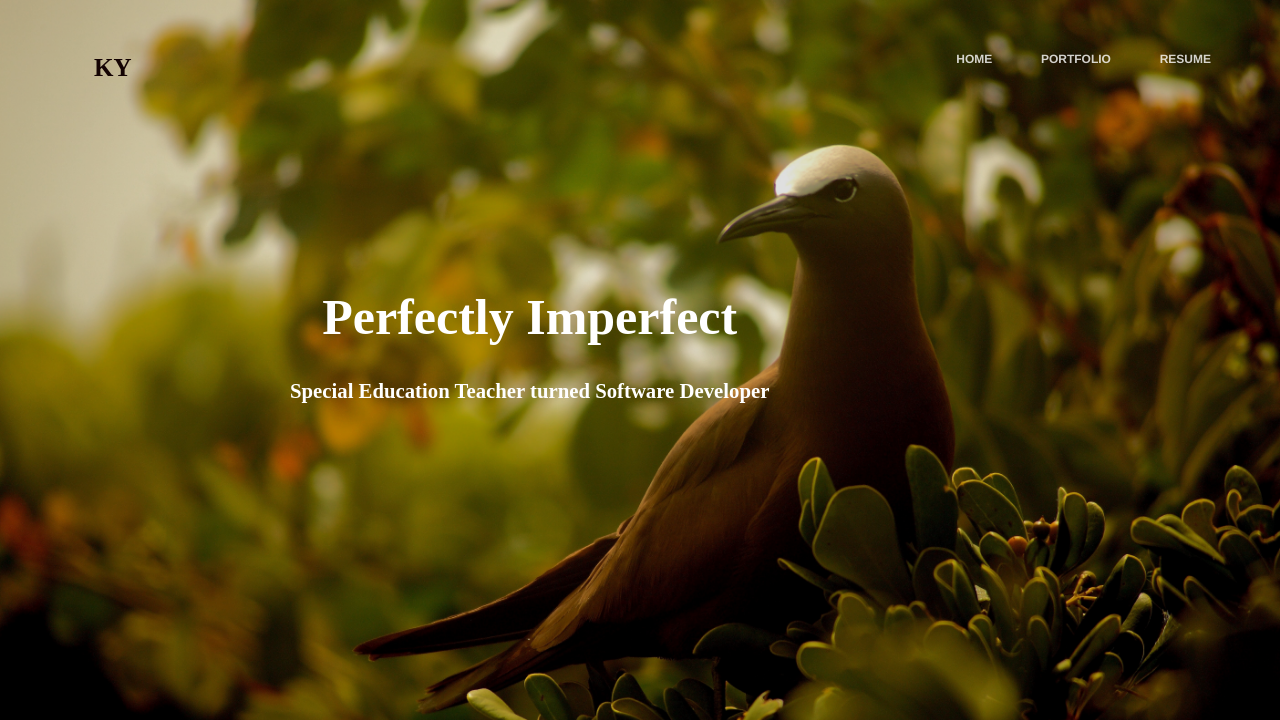
Repository: kkyler24/Perfectly-Imperfect
Page: / (app in imperfect/)
These files come from the project's save history. The page is drawn as it stood at one moment and after the next save; the edit follows.
The browser window is 1280 px wide. The pictures show the whole page.
Some web fonts or font styles are not loaded; a fallback is used. The project was rebuilt for these pictures with package versions that can differ from the ones it lists, and the page was loaded fresh each time.

Above is the page before, as saved 2020-07-23 20:37:04.

### imperfect/public/index.html
<!DOCTYPE html>
<html lang="en">
  <head>
    <meta charset="utf-8" />
    <link rel="icon" href="%PUBLIC_URL%/favicon.ico" />
    <meta name="viewport" content="width=device-width, initial-scale=1" />
    <meta name="theme-color" content="#000000" />
    <meta
      name="description"
      content="Web site created using create-react-app"
    />
    <link rel="apple-touch-icon" href="%PUBLIC_URL%/logo192.png" />

    <link rel="manifest" href="%PUBLIC_URL%/manifest.json" />

    <link
      href="https://fonts.googleapis.com/css2?family=Petit+Formal+Script&display=swap"
      rel="stylesheet"
    />

    <title>React App</title>
  </head>
  <body>
    <noscript>You need to enable JavaScript to run this app.</noscript>
    <div id="root"></div>
  </body>
</html>

### imperfect/src/App.js
import React from "react";
import logo from "./logo.svg";
import "./App.css";
import Nav from "./Components/navbarComponent/navbar.js";
import PGHeader from "./Components/Headerindex/header.js";

function App() {
  return (
    <div className="App">
      <Nav />
      <PGHeader />
    </div>
  );
}

export default App;

### imperfect/src/App.css
body {
  color: #66615b;
  font-size: 16px;
  font-weight: 300;
  font-family: Montserrat, Helvetica, Arial, sans-serif;
  box-sizing: border-box;
  display: block;
}

.App-header {
  background-color: #282c34;
  min-height: 100vh;
  display: flex;
  flex-direction: column;
  align-items: center;
  justify-content: center;
  font-size: calc(10px + 2vmin);
  color: white;
}

.App-link {
  color: #61dafb;
}

@keyframes App-logo-spin {
  from {
    transform: rotate(0deg);
  }
  to {
    transform: rotate(360deg);
  }
}

### imperfect/src/Components/navbarComponent/navbar.js
import React from "react";
import "./navbar.css";

function NavBar() {
  return (
    <div>
      <nav
        color-on-scroll="300"
        class="fixed-top navbar-transparent navbar navbar-expand-lg"
      >
        <div class="container-fluid">
          <div class="navbar-translate">
            <a
              id="Kytitle"
              data-placement="bottom"
              target="_blank"
              title="Coded by Creative Tim"
              class="navbar-brand"
              href="#/index"
            >
              Ky
            </a>
            <button aria-expanded="false" class="navbar-toggler navbar-toggler">
              <span class="navbar-toggler-bar bar1"></span>
              <span class="navbar-toggler-bar bar2"></span>
              <span class="navbar-toggler-bar bar3"></span>
            </button>
          </div>
          <div class="justify-content-end collapse navbar-collapse">
            <ul class="navbar-nav">
              <li class="nav-item">
                <a
                  data-placement="bottom"
                  href="https://www.linkedIn"
                  target="_blank"
                  title="Let's connect on LinkedIn"
                  class="nav-link"
                >
                  {/* <i class="fa fa-linkedIn"></i> */}
                </a>
              </li>
              <li class="nav-item">
                <a
                  data-placement="bottom"
                  href="https://www.linkedIn"
                  target="_blank"
                  title="Let's connect on LinkedIn"
                  class="nav-link"
                >
                  {/* <i class="fa fa-linkedIn"></i> */}
                </a>
              </li>
              <li class="nav-item">
                <a
                  data-placement="bottom"
                  href="https://twitter.com/CreativeTim?ref=creativetim"
                  target="_blank"
                  title="Follow us on Twitter"
                  class="nav-link"
                >
                  {/* <i class="fa fa-twitter"></i> */}
                  <p class="d-lg-none"></p>
                </a>
                <li class="nav-item mr-2rem">
                  <a
                    data-placement="bottom"
                    href="https://www.github.com/CreativeTimOfficial?ref=creativetim"
                    target="_blank"
                    title="Star on GitHub"
                    class="nav-link"
                  >
                    {/* <i class="fa fa-github"></i> */}
                    <p class="d-lg-none"></p>
                  </a>
                </li>
              </li>
              <li class="nav-item">
                <a class="nav-link" href="#/index">
                  <i class="nc-icon nc-layout-11"></i> Home
                </a>
              </li>
              <li class="nav-item">
                <a class="nav-link" href="#/index">
                  <i class="nc-icon nc-layout-11"></i> Portfolio
                </a>
              </li>
              <li class="nav-item">
                <a target="_blank" class="nav-link" href="#/documentation">
                  <i class="nc-icon nc-book-bookmark"></i> Resume
                </a>
              </li>

              <li class="nav-item">
                <a
                  data-placement="bottom"
                  href="https://www.github.com/CreativeTimOfficial?ref=creativetim"
                  target="_blank"
                  title="Star on GitHub"
                  class="nav-link"
                >
                  {/* <i class="fa fa-github"></i> */}
                  <p class="d-lg-none"></p>
                </a>
              </li>
            </ul>
          </div>
        </div>
      </nav>
    </div>
  );
}
export default NavBar;

### imperfect/src/Components/Headerindex/header.js
import React from "react";
import "./Indexheader.css";

function PageHeader(props) {
  return (
    <div id="background" className="page-header" data-parallax="true">
      <div className="filter"></div>
      <div className="headerContainer">
        <div className="motto text-center">
          <h1>Perfectly Imperfect</h1>
          <h5>Special Education Teacher turned Software Developer</h5>
          <br />
        </div>
      </div>
    </div>
  );
}
export default PageHeader;

### imperfect/src/Components/navbarComponent/navbar.css
/* navbar */
#Kytitle {
  font-family: "Petit Formal Script", cursive;
  font-size: 25px;
}
.navbar.navbar-transparent {
  background: transparent !important;
  padding-top: 25px;
  box-shadow: none;
}

.navbar.navbar-transparent .navbar-brand {
  color: rgb(20, 3, 3);
}

.navbar .navbar-brand {
  font-weight: 600;
  margin: 5px 0;
  padding: 20px 15px;
  font-size: 14px;
  text-transform: uppercase;
}

.navbar-nav {
  display: flex;
  flex-direction: column;
  padding-left: 0;
  margin-bottom: 0;
  list-style: none;
}
.navbar-brand {
  display: inline-block;
  padding-top: 0.3125rem;
  padding-bottom: 0.3125rem;
  margin-right: 1rem;
  font-size: 1.25rem;
  line-height: inherit;
  white-space: nowrap;
}

.navbar {
  border: 0;
  font-size: 14px;
  padding: 0;
  font-family: "Montserrat", "Helvetica", Arial, sans-serif;
  font-weight: 300;
  align-items: center;
  display: flex;
}
.navbar > .container-fluid {
  display: flex;
  flex-wrap: wrap;
  align-items: center;
  justify-content: space-between;
}

.nav-link {
  display: block;
}

.navbar-toggler {
  padding: 0.25rem 0.75rem;
  font-size: 1.25rem;
  line-height: 1;
  background-color: transparent;
  border: 1px solid transparent;
  border-radius: 0.25rem;
}
button {
  text-transform: none;
  overflow: visible;
  -webkit-font-smoothing: antialiased;
  font-family: "Montserrat", "Helvetica", Arial, sans-serif;
  font-weight: 300;
  margin: 0;
  text-rendering: auto;
  color: -internal-light-dark(buttontext, rgb(170, 170, 170));
  letter-spacing: normal;
  word-spacing: normal;
  text-indent: 0px;
  text-shadow: none;
  display: inline-block;
  text-align: center;
  align-items: flex-start;
  font: 400 13.3333px Arial;
}
.navbar .navbar-toggler .navbar-toggler-bar {
  display: block;
  position: relative;
  width: 24px;
  height: 2px;
  border-radius: 1px;
  margin: 0 auto;
}

.navbar.navbar-transparent .navbar-toggler .navbar-toggler-bar {
  background: #fff !important;
}

.navbar-transparent .navbar-nav .nav-item .nav-link:not(.btn) {
  color: #fff;
  border-color: #fff;
}

.navbar .navbar-toggler .navbar-toggler-bar + .navbar-toggler-bar {
  margin-top: 4px;
}

.navbar .navbar-nav .nav-item .nav-link {
  line-height: 1.6;
  margin: 15px 3px;
  padding: 10px 15px;
  opacity: 0.8;
  font-size: 12px;
  text-transform: uppercase;
  font-weight: 600;
}

.navbar .navbar-nav .nav-item .nav-link p {
  margin: 0;
  text-transform: uppercase;
  font-weight: 600;
  font-size: 12px;
  line-height: 1.5em;
  padding: 15px 0;
}

button:not(:disabled) {
  cursor: pointer;
}

.container-fluid {
  width: 100%;
  padding-right: 15px;
  padding-left: 15px;
  margin-right: 0%;
  margin-left: 5%;
}

.fixed-top {
  position: fixed;
  right: 0;
  left: 0;
  z-index: 1030;
  /* not needed for fixed bottom */
  top: 0;
}

a {
  text-decoration: none;
  background-color: transparent;
}

.collapse:not(.show) {
  display: none;
}

.justify-content-end,
ul {
  justify-content: flex-end !important;
}

.navbar-collapse {
  flex-basis: 100%;
  flex-grow: 1;
  align-items: center;
}

ul {
  margin-top: 0;
}

.navbar .navbar-nav .nav-item .nav-link [class^="fa"] {
  font-size: 17px;
  position: relative;
  right: 5px;
}
.fa {
  width: 18px;
  text-align: center;
}
.fa {
  display: inline-block;
  font: normal normal normal 14px/1 FontAwesome;
  text-rendering: auto;
  -webkit-font-smoothing: antialiased;
}

.nc-icon {
  display: inline-block;
  font: normal normal normal 14px/1 "nucleo-icons";
  font-size: inherit;
  text-transform: none;
  -webkit-font-smoothing: antialiased;
}

.nc-layout-11:before {
  content: "\ea36";
}

.nc-book-bookmark:before {
  content: "\ea0f";
}

.fa-github:before {
  content: "\f09b";
}

:before {
  box-sizing: border-box;
}

.navbar .navbar-collapse .nav-item .nav-link p {
  display: inline;
}

/* media Q navbar */
@media (min-width: 992px) {
  .navbar-expand-lg {
    flex-flow: row nowrap;
    justify-content: flex-start;
  }
  .navbar {
    justify-content: space-between;
  }
}
/* Li */
@media (min-width: 992px) {
  .navbar-expand-lg .navbar-nav {
    flex-direction: row;
  }
}
@media screen and (max-width: 991px) {
  .navbar-collapse ul {
    position: relative;
    z-index: 3;
    height: 95%;
  }
}

@media screen and (max-width: 991px) {
  .navbar-collapse .navbar-nav > .nav-item > .nav-link {
    color: #9a9a9a !important;
  }
}

@media screen and (max-width: 991px) {
  .navbar-collapse {
    position: fixed;
    display: block !important;
    top: 0;
    width: 230px;
    right: 0;
    z-index: 1032;
    visibility: visible;
    background-color: #999;
    overflow-y: visible;
    border-top: none;
    text-align: left;
    border-left: 1px solid #ccc5b9;
    padding-right: 0;
    padding-left: 40px;
    padding-top: 15px;
    transform: translateX(230px);
    transition: all 0.33s cubic-bezier(0.685, 0.0473, 0.346, 1);
  }
}

@media (max-width: 991.98px) {
  .navbar-expand-lg > .container-fluid {
    padding-right: 0;
    padding-left: 0;
  }
}

@media (min-width: 768px) {
  .container-fluid {
    max-width: 720px;
  }
}

@media (min-width: 992px) {
  .container-fluid {
    max-width: 100%;
  }
}

@media screen and (max-width: 991px) {
  .navbar-translate {
    width: 100%;
    position: relative;
    display: flex;
    justify-content: space-between !important;
    align-items: center;
    transform: translateX(0);
    transition: all 0.33s cubic-bezier(0.685, 0.0473, 0.346, 1);
  }
}

@media (min-width: 992px) {
  .navbar-expand-lg .navbar-toggler {
    display: none;
  }
}

@media screen and (max-width: 991px) {
  .navbar-collapse {
    height: 100% !important;
  }
}

@media (min-width: 992px) {
  .navbar-expand-lg .navbar-collapse {
    display: flex !important;
    flex-basis: auto;
  }
}
/*
@media (min-width: 576px) {
  .container-fluid {
    max-width: 540px;
  }
} */

@media (min-width: 992px) {
  .navbar-expand-lg > .container-fluid {
    flex-wrap: nowrap;
  }
}

### imperfect/src/Components/Headerindex/Indexheader.css
#background {
  background-image: url("../../Assets/imgs/brownnoodyGreatbirdisland.jpg");
  background-repeat: no-repeat;
  background-size: cover;
  height: 700px;
}

.page-header {
  background-position: 50%;
  background-size: cover;
  min-height: 100vh;
  max-height: 999px;
  overflow: hidden;
  position: relative;
  width: 100%;
  z-index: 1;
  display: flex;
  align-items: center;
  justify-content: center;
}

.page-header .filter:after {
  background-color: rgba(0, 0, 0, 0.125);
  content: "";
  display: block;
  height: 100%;
  left: 0;
  top: 0;
  position: absolute;
  width: 100%;
  z-index: 1;
}

.page-header .motto {
  z-index: 3;
  color: #fff;
  position: relative;
  width: max-content;
}

.headerContainer {
  font-family: "Petit Formal Script", cursive;
  display: inline-flex;
  width: 100%;
  /* font-weight: 200; */
  padding-right: 15px;
  padding-left: 15px;
  margin-right: auto;
  margin-left: auto;
  font-size: 50px;
  max-width: 700px !important;
}

.text-center {
  text-align: center !important;
}
div {
  display: block;
}

h1 {
  display: block;
  font-size: 2em;
  margin-block-start: 0.67em;
  margin-block-end: 0.67em;
  margin-inline-start: 0px;
  margin-inline-end: 0px;
  font-weight: bold;
}

/* media Q */
@media (min-width: 992px) {
  .headerContainer {
    max-width: 960px;
  }
}

@media (min-width: 768px) {
  .headerContainer {
    max-width: 720px;
  }
}

@media (min-width: 576px) {
  .headerContainer {
    max-width: 540px;
    font-size: 25px;
  }
}

@media (max-width: 576px) {
  .headerContainer {
    display: flex;
    flex-wrap: wrap;
    max-width: 540px !important;
    font-size: 20px;
    text-align: center;
  }
}

Loaded but not shown: imperfect/src/index.js (common file); imperfect/src/index.css (common file); imperfect/src/serviceWorker.js (common file)

After the next save:
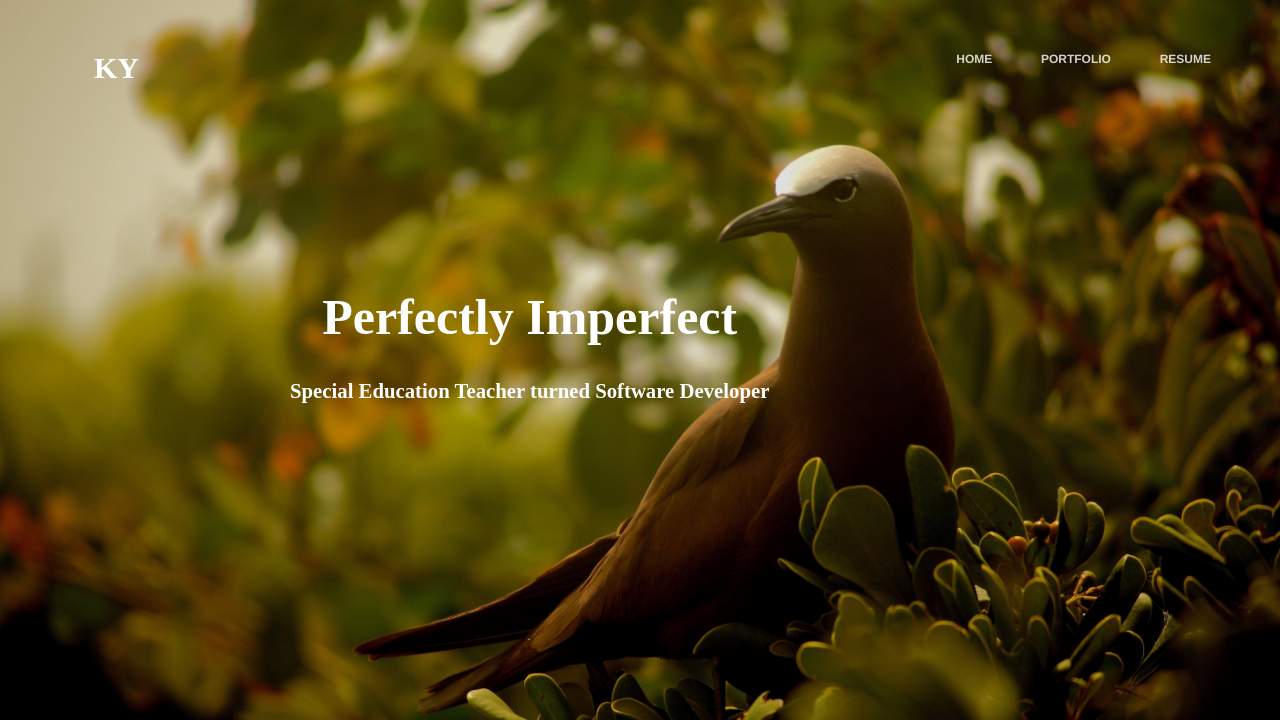
Saved 36 s later.
--- a/imperfect/src/Components/navbarComponent/navbar.css
+++ b/imperfect/src/Components/navbarComponent/navbar.css
@@ -1,7 +1,8 @@
 /* navbar */
 #Kytitle {
   font-family: "Petit Formal Script", cursive;
-  font-size: 25px;
+  font-size: 30px;
+  color: #fff;
 }
 .navbar.navbar-transparent {
   background: transparent !important;
